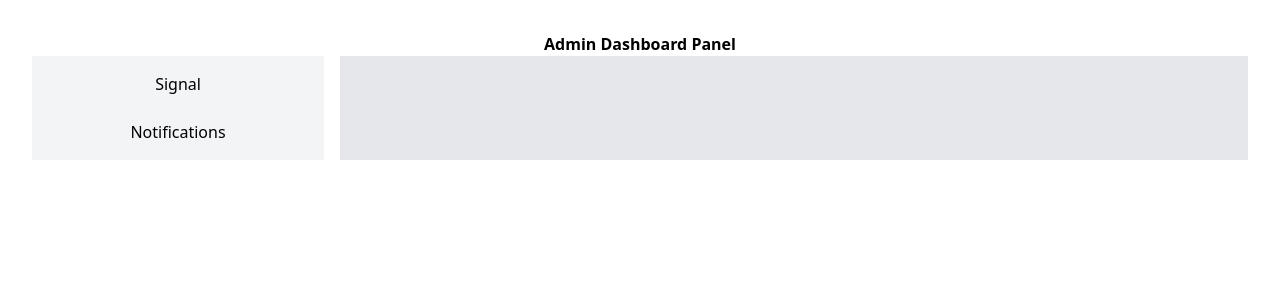
Repository: RahmanRakib9/Aurora-client-side
Page: /
The author's editor kept a copy of each file at every save. The page is drawn from the files as they stood at one save, then again after a run of saves.
The browser window is 1280 px wide. The pictures show the whole page.
The project was rebuilt for these pictures with package versions that can differ from the ones it lists, and the page was loaded fresh each time. Also part of the build but not shown: vite.config.js, src/components/home/Sidebar.jsx, src/components/home/Signal.jsx, src/components/home/Notification.jsx.

Above is the page before, as saved 2023-05-12 20:21:33.

After the next 2 saves:
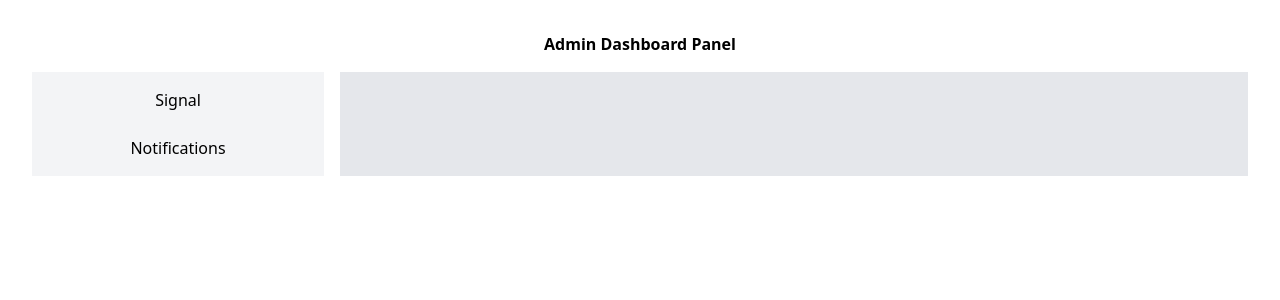
The 2 saves are shown as one change because they came seconds apart.
The last was saved 25 s later.
--- a/src/components/home/Home.jsx
+++ b/src/components/home/Home.jsx
@@ -6,7 +6,7 @@ const Home = () => {
   return (
     <div>
       <h1 className="font-bold text-center">Admin Dashboard Panel</h1>
-      <div className="grid grid-cols-8 gap-4">
+      <div className="grid grid-cols-8 gap-4 mt-4">
         <div className="col-span-8 md:col-span-2 bg-gray-100 p-4">
           <NavLink
             to="/signal"
